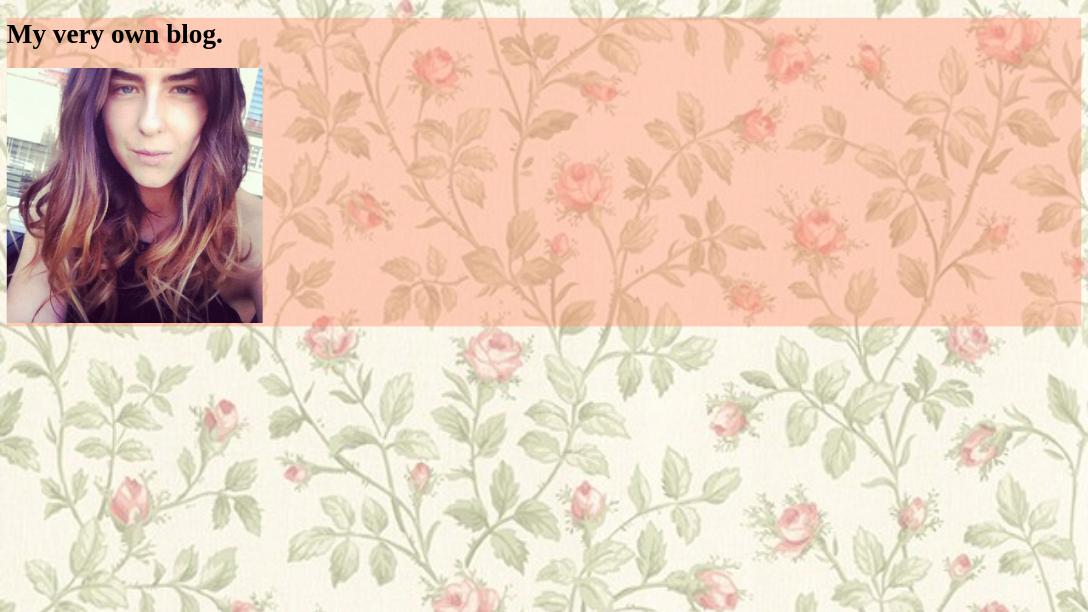
Repository: JeAut/1ik415-JeAut-laborationer
Page: WWW/pages/Presentation.html
The author's editor kept a record of every edit. The page is drawn from the files as they stood at one moment, then again after the next edit.
The browser window is 1280 px wide. The pictures show the whole page, at 85% of full size.

Above is the page before.

After the next edit:
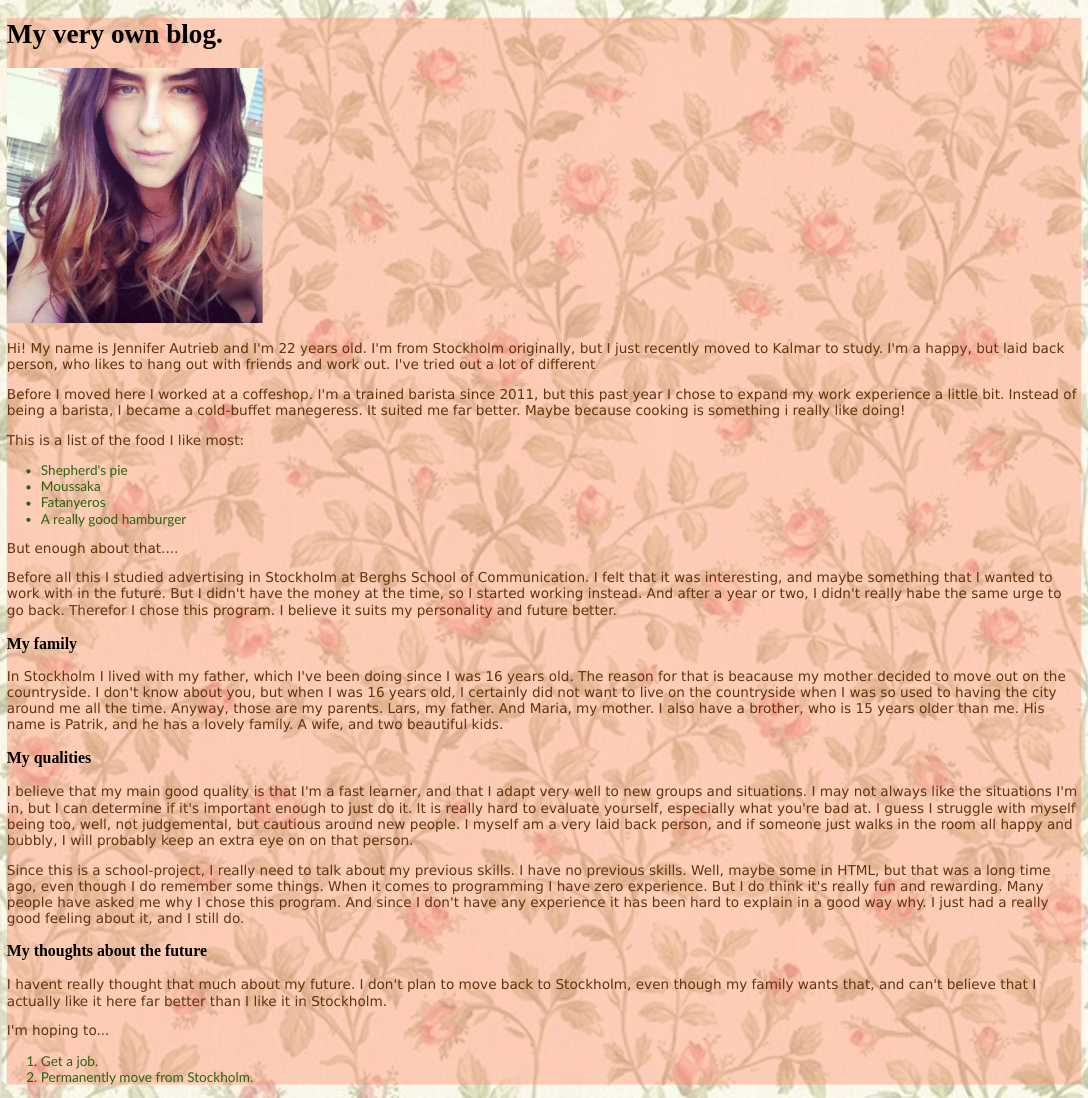
The edit:
--- a/WWW/pages/Presentation.html
+++ b/WWW/pages/Presentation.html
@@ -36,6 +36,7 @@
             </div>
             </div>
         </ul>
+        -->
         <div id="container"><p>Hi! My name is Jennifer Autrieb and I'm 22 years old.
         I'm from Stockholm originally, but I just recently moved to Kalmar to study.
         I'm a happy, but laid back person, who likes to hang out with friends and
